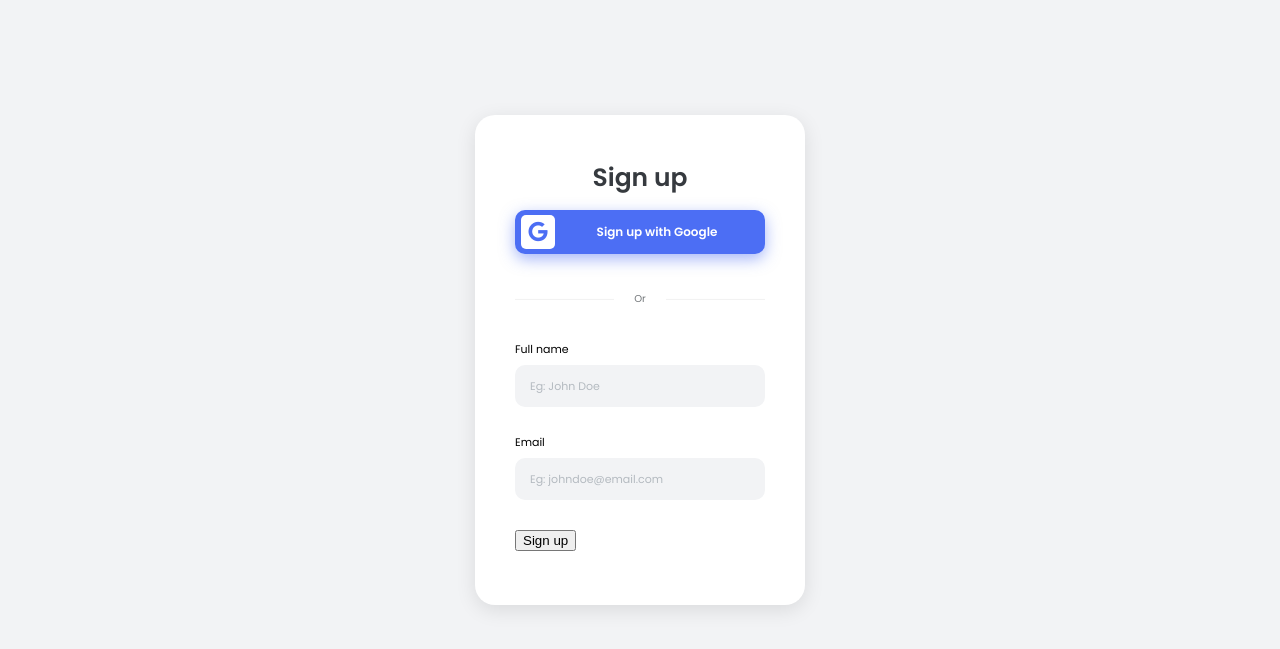
Repository: TranMinhMan040702/practice_html-css
Page: form-login/index.html
These files come from the project's save history. The page is drawn as it stood at one moment and after the next save; the edit follows.
The browser window is 1280 px wide. The pictures show the whole page.
Some web libraries are served in a nearby version.

Above is the page before, as saved 2022-08-24 13:41:24.

### form-login/index.html
<!DOCTYPE html>
<html lang="en">
<head>
    <meta charset="UTF-8">
    <meta http-equiv="X-UA-Compatible" content="IE=edge">
    <meta name="viewport" content="width=device-width, initial-scale=1.0">
    <link href="https://fonts.googleapis.com/css2?family=Poppins:wght@300;400;600&display=swap" rel="stylesheet">
    <link rel="stylesheet" href="https://cdnjs.cloudflare.com/ajax/libs/font-awesome/6.1.2/css/all.min.css" integrity="sha512-1sCRPdkRXhBV2PBLUdRb4tMg1w2YPf37qatUFeS7zlBy7jJI8Lf4VHwWfZZfpXtYSLy85pkm9GaYVYMfw5BC1A==" crossorigin="anonymous" referrerpolicy="no-referrer" />
    <title>Sign up</title>
    <link rel="stylesheet" href="reset.css">
    <link rel="stylesheet" href="main.css">
</head>
<body>
    <div class="singup">
        <div class="signup-heading">
            <h1>Sign up</h1>
        </div>
        <button class="signup-social">
            <i class="fa-brands fa-google signup-social-icon"></i>
            <span class="signup-social-text">
                Sign up with Google
            </span>
        </button>

        <div class="signup-or">
            <span>Or</span>
        </div>

        <form action="" class="signup-form">
            <label for="fullname"  class="signup-label">Full name</label>
            <input type="text" placeholder="Eg: John Doe" name="fullname" id="fullname" class="signup-input">
            <label for="email"  class="signup-label">Email</label>
            <input type="text" placeholder="Eg: johndoe@email.com" name="email" id="email" class="signup-input">
        </form>

        <button class="signup-submit">
            <span>Sign up</span>
        </button>

    </div>
</body>
</html>

### form-login/reset.css
html,
body,
div,
span,
applet,
object,
iframe,
h1,
h2,
h3,
h4,
h5,
h6,
p,
blockquote,
pre,
a,
abbr,
acronym,
address,
big,
cite,
code,
del,
dfn,
em,
img,
ins,
kbd,
q,
s,
samp,
small,
strike,
strong,
sub,
sup,
tt,
var,
b,
u,
i,
center,
dl,
dt,
dd,
ol,
ul,
li,
fieldset,
form,
label,
legend,
table,
caption,
tbody,
tfoot,
thead,
tr,
th,
td,
article,
aside,
canvas,
details,
embed,
figure,
figcaption,
footer,
header,
hgroup,
menu,
nav,
output,
ruby,
section,
summary,
time,
mark,
audio,
video {
  margin: 0;
  padding: 0;
  border: 0;
  font-size: 100%;
  font: inherit;
  vertical-align: baseline;
}
/* HTML5 display-role reset for older browsers */
article,
aside,
details,
figcaption,
figure,
footer,
header,
hgroup,
menu,
nav,
section {
  display: block;
}
body {
  line-height: 1;
}
ol,
ul {
  list-style: none;
}
blockquote,
q {
  quotes: none;
}
blockquote:before,
blockquote:after,
q:before,
q:after {
  content: "";
  content: none;
}
table {
  border-collapse: collapse;
  border-spacing: 0;
}

### form-login/main.css
html {
    font-size: 62.5%;
    font-family: "Poppins", sans-serif;
}

* {
    box-sizing: border-box;
}

body {
    width: 100%;
    height: 100vh;
    background-color: #f2f3f5;
    display: flex;
    justify-content: center;
    align-items: center;
}

.singup {
    max-width: 330px;
    width: 100%;
    height: 490px;
    background-color: #fff;
    padding: 50px 40px;
    border-radius: 20px;
    box-shadow: 0px 5px 20px rgba(0, 0, 0, 0.1);
}

.signup-heading {
    font-size: 2.5rem;
    font-weight: 600;
    color: #363a3f;
    text-align: center;
    margin-bottom: 20px;
}

.signup-social {
    padding: 6px;
    font-family: "Poppins", sans-serif;
    font-size: 1.2rem;
    font-weight: 600;
    color: #fff;
    width: 100%;
    height: 44px;
    border-radius: 10px;
    background-color: #4c6ef4;
    display: inline-block;
    border: none;
    box-shadow: 0px 5px 15px rgba(76, 110, 244, 0.5);
    cursor: pointer;
    display: flex;
    align-items: center;
}

.signup-social-icon {
    width: 34px;
    height: 34px;
    font-size: 2rem;
    background: #fff;
    border-radius: 5px;
    color: #4c6ef4;
    display: flex;
    justify-content: center;
    align-items: center;
}

.signup-social-text {
    display: inline-block;
    margin: 0 auto;
}

.signup-or {
    font-size: 1rem;
    color: #73777a;
    text-align: center;
    position: relative;
    margin: 30px 0;
}

.signup-or span {
    display: inline-block;
    padding: 10px 20px;
    background: #fff;
    z-index: 2;
    position: relative;
}

.signup-or::after {
    content: "";
    position: absolute;
    width: 100%;
    height: 0.1px;
    background-color: #73777a;
    opacity: 0.1;
    top: 50%;
    left: 0;
    transform: translateY(-50%);
}

.signup-label {
    display: block;
    font-size: 1.1rem;
    font-weight: 400;
    margin-bottom: 10px;
}

.signup-input {
    width: 100%;
    height: 42px;
    padding: 15px;
    font-family: "Poppins", sans-serif;
    font-size: 1.1rem;
    border: none;
    border-radius: 10px;
    background-color: #f2f3f5;
    margin-bottom: 30px;
}

.signup-input::-webkit-input-placeholder {
    color: #b4bac0;
    font-weight: 500;
}

After the next save:
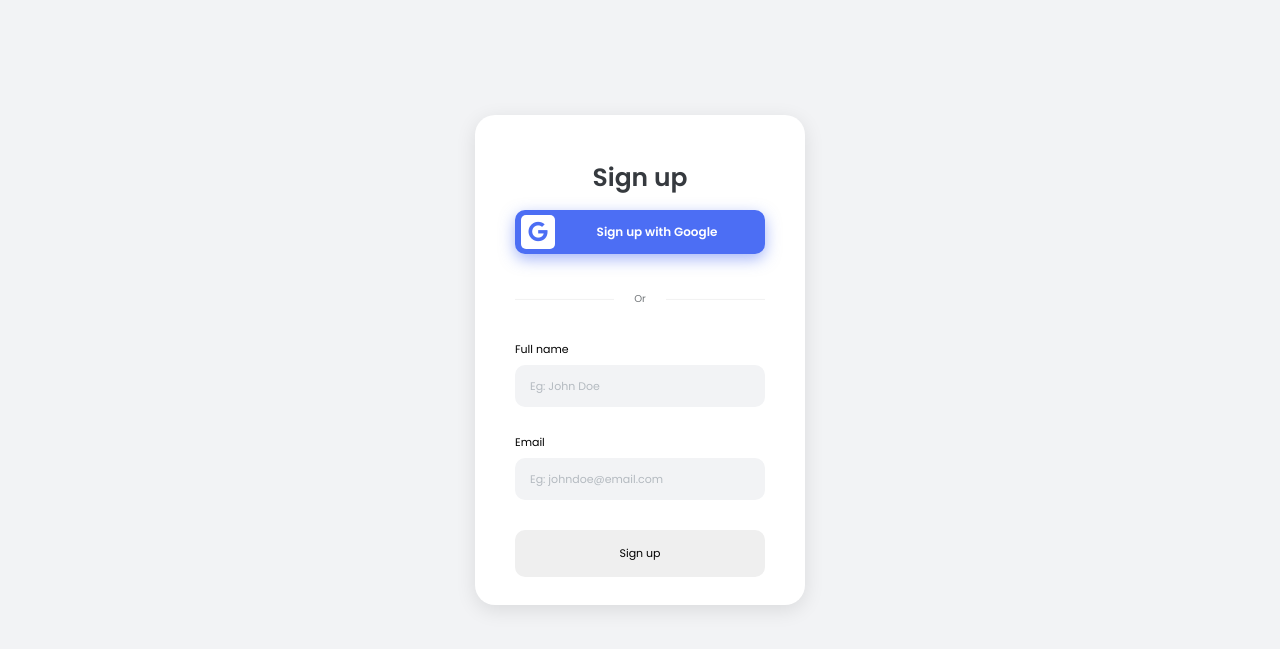
Saved 33 s later.
--- a/form-login/main.css
+++ b/form-login/main.css
@@ -120,3 +120,13 @@ body {
     color: #b4bac0;
     font-weight: 500;
 }
+
+
+.signup-submit {
+    width: 100%;
+    padding: 15px;
+    font-family: "Poppins", sans-serif;
+    font-size: 1.1rem;
+    border: none;
+    border-radius: 10px;
+}
